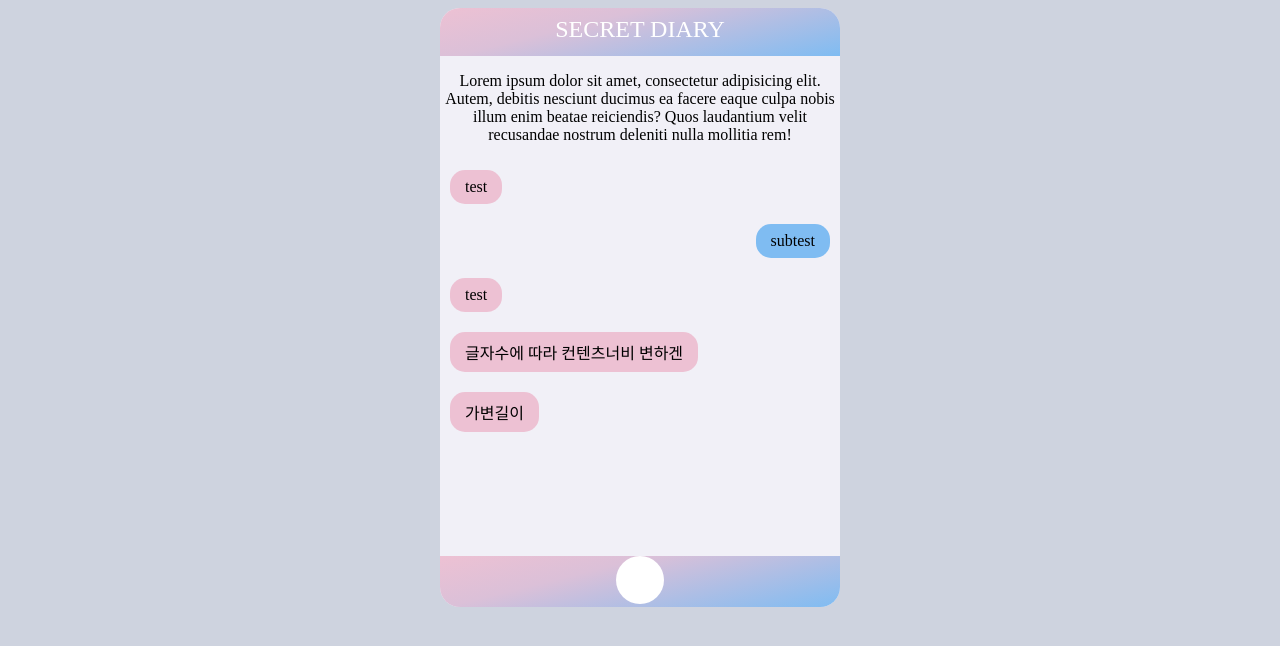
Repository: jinhee196/diary
Page: index.html
These files come from the project's save history. The page is drawn as it stood at one moment and after the next save; the edit follows.
The browser window is 1280 px wide. The pictures show the whole page.

Above is the page before, as saved 2021-06-04 12:40:28.

### index.html
<!DOCTYPE html>
<html lang="ko">
<head>
    <meta charset="UTF-8">
    <meta http-equiv="X-UA-Compatible" content="IE=edge">
    <meta name="viewport" content="width=device-width, initial-scale=1.0">
    <title>secret Note</title>
    <link rel="stylesheet" href="style.css">
</head>
<body>
  <div class="container">
      <header class="header">SECRET DIARY</header>
      <section id="morning">
        <p class="desc">Lorem ipsum dolor sit amet, consectetur adipisicing elit. Autem, debitis nesciunt ducimus ea facere eaque culpa nobis illum enim beatae reiciendis? Quos laudantium velit recusandae nostrum deleniti nulla mollitia rem!</p>
        <ul class="items">
          <li class="item">test</li>
          <li class="item-sub">subtest</li>
          <li class="item">test</li>
          <li class="item">글자수에 따라 컨텐츠너비 변하겐</li>
          <li class="item">가변길이</li>
        </ul>
        <input type="text" class="footer__input" />
        <button class="footer__submit">보내기</button>
    </section>
    <footer class="footer">
      <button class="footer__button">
         <i class="fas fa-plus"></i>
       </button>
     </footer>
  </div>
</body>
</html>

### style.css
* {
  box-sizing: border-box;
}
ul {
  padding: 0;
}

button {
  outline: none;
  background: transparent;
  border: none;
  cursor: pointer;
}
body {
  background-color: #ced3df;
  text-align: center;
}

.container {
  width: 400px;
  margin: auto;
  background-color: #f1f0f7;
  border-radius: 20px;
}

.header {
  height: 48px;
  padding: 8px;
  font-size: 24px;
  background: rgba(237, 193, 211);

  background: linear-gradient(
    166deg,
    rgba(237, 193, 211, 1) 0%,
    rgba(219, 192, 216, 1) 35%,
    rgba(127, 188, 242, 1) 100%
  );
  border-radius: 20px 20px 0 0;
  color: #fff;
}

#morning {
  height: 500px;
  overflow-y: auto;
}
.items {
  height: 500px;
  overflow-y: auto;
}

.item {
  padding: 8px 15px;
  margin: 10px;
  border-radius: 15px;
  background: rgba(237, 193, 211);
  display: inline-block;
  float: left;
  clear: both;
}
.item-sub {
  padding: 8px 15px;
  margin: 10px;
  border-radius: 15px;
  background: rgba(127, 188, 242, 1);
  display: inline-block;
  float: right;
  clear: both;
}

.item__delete {
  font-size: 16px;
  transition: all 300ms ease-in;
}

.item__delete:hover {
  color: red;
  transform: scale(1.1);
}

.item__divider {
  width: 90%;
  height: 1px;
  background-color: lightgray;
  margin: auto;
}

.footer {
  background: rgba(237, 193, 211);

  background: linear-gradient(
    166deg,
    rgba(237, 193, 211, 1) 0%,
    rgba(219, 192, 216, 1) 35%,
    rgba(127, 188, 242, 1) 100%
  );
  border-radius: 0 0 20px 20px;
}

.footer__input {
  width: 88%;
  height: 32px;
  border: none;
  outline: none;
  font-size: 14px;
  font-weight: 400;
  padding: 0 16px;
  float: left;
  border-top: 1px solid rgba(237, 193, 211);
}

.footer__submit {
  width: 12%;
  height: 32px;
  float: right;
  background-color: rgba(237, 193, 211);
  font-size: 11px;
  padding: 0;
}
.footer__button {
  width: 48px;
  height: 48px;
  background-color: #fff;
  border-radius: 50%;
  color: #fff;
  font-size: 28px;
  transition: transform 300ms ease-in;
}

.footer__button:hover {
  transform: scale(1.1);
}

After the next save:
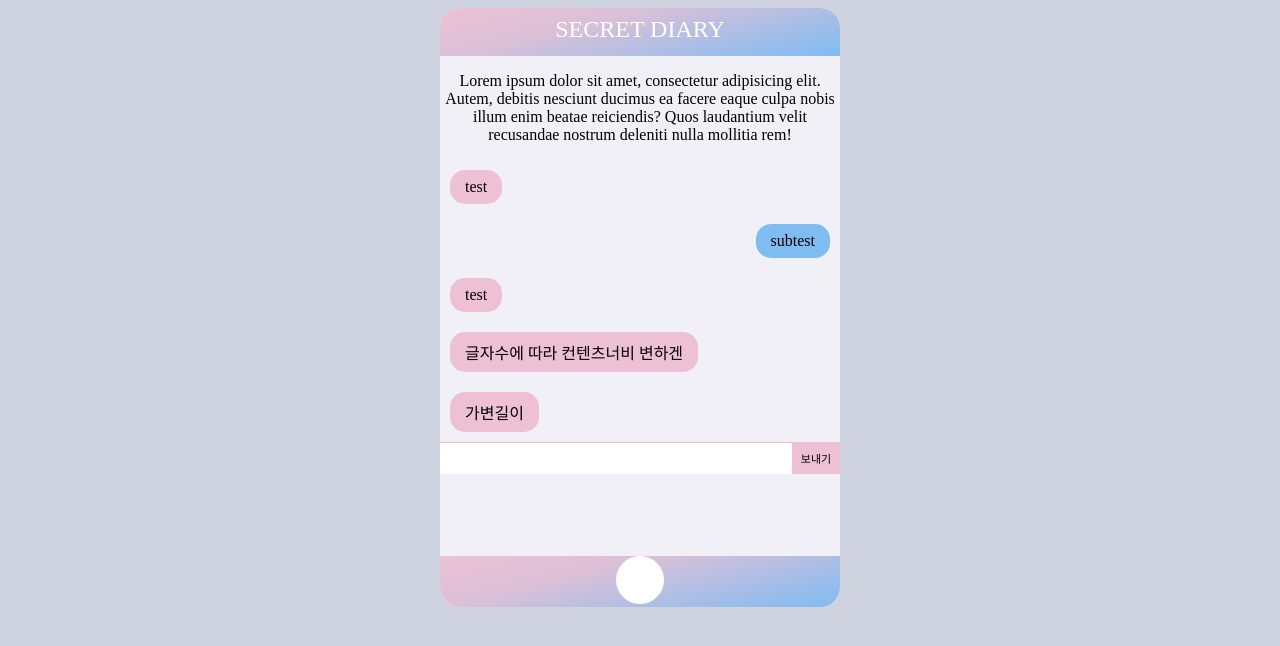
Saved 31 s later.
--- a/style.css
+++ b/style.css
@@ -44,8 +44,6 @@ body {
   overflow-y: auto;
 }
 .items {
-  height: 500px;
-  overflow-y: auto;
 }
 
 .item {
